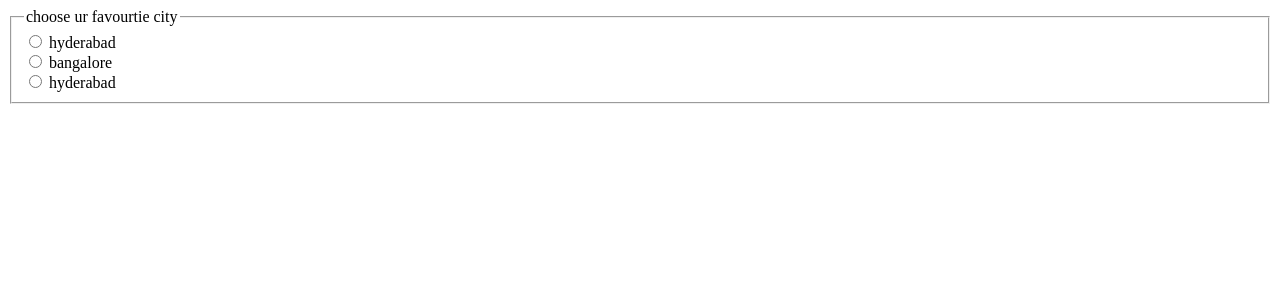
Repository: viveknaidu007/repo-113-HTML
Page: 16.html
These files come from the project's save history. The page is drawn as it stood at one moment and after the next save; the edit follows.
The browser window is 1280 px wide. The pictures show the whole page.

Above is the page before, as saved 2024-06-25 20:06:35.

After the next save:
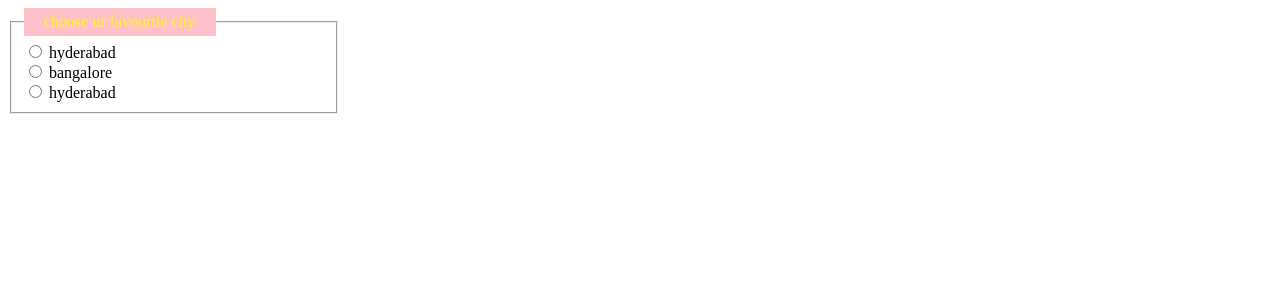
Saved 96 s later.
--- a/16.html
+++ b/16.html
@@ -7,7 +7,15 @@
         <title> fav icon insert</title>
 
         <style>
-            fieldset
+            fieldset{
+                width:300px;
+            }
+
+            legend{
+                background-color: pink;
+                color: yellow;
+                padding: 5px 20px;
+            }
         </style>
 
     </head>
